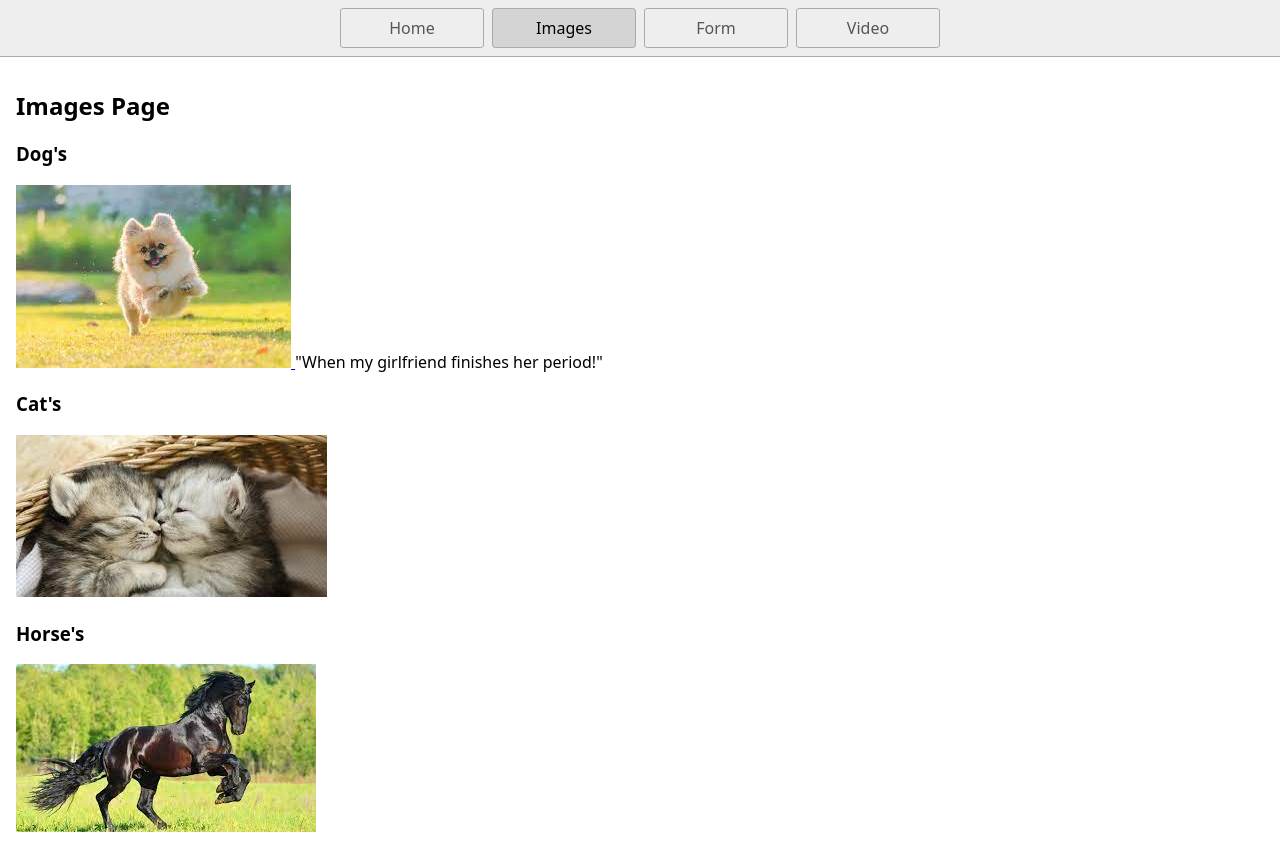
Repository: sebas6292/palmTree-Final
Page: Images.html
These files come from the project's save history. The page is drawn as it stood at one moment and after the next save; the edit follows.
The browser window is 1280 px wide. The pictures show the whole page.

Above is the page before, as saved 2023-05-26 20:20:51.
Not found: script.js

After the next save:
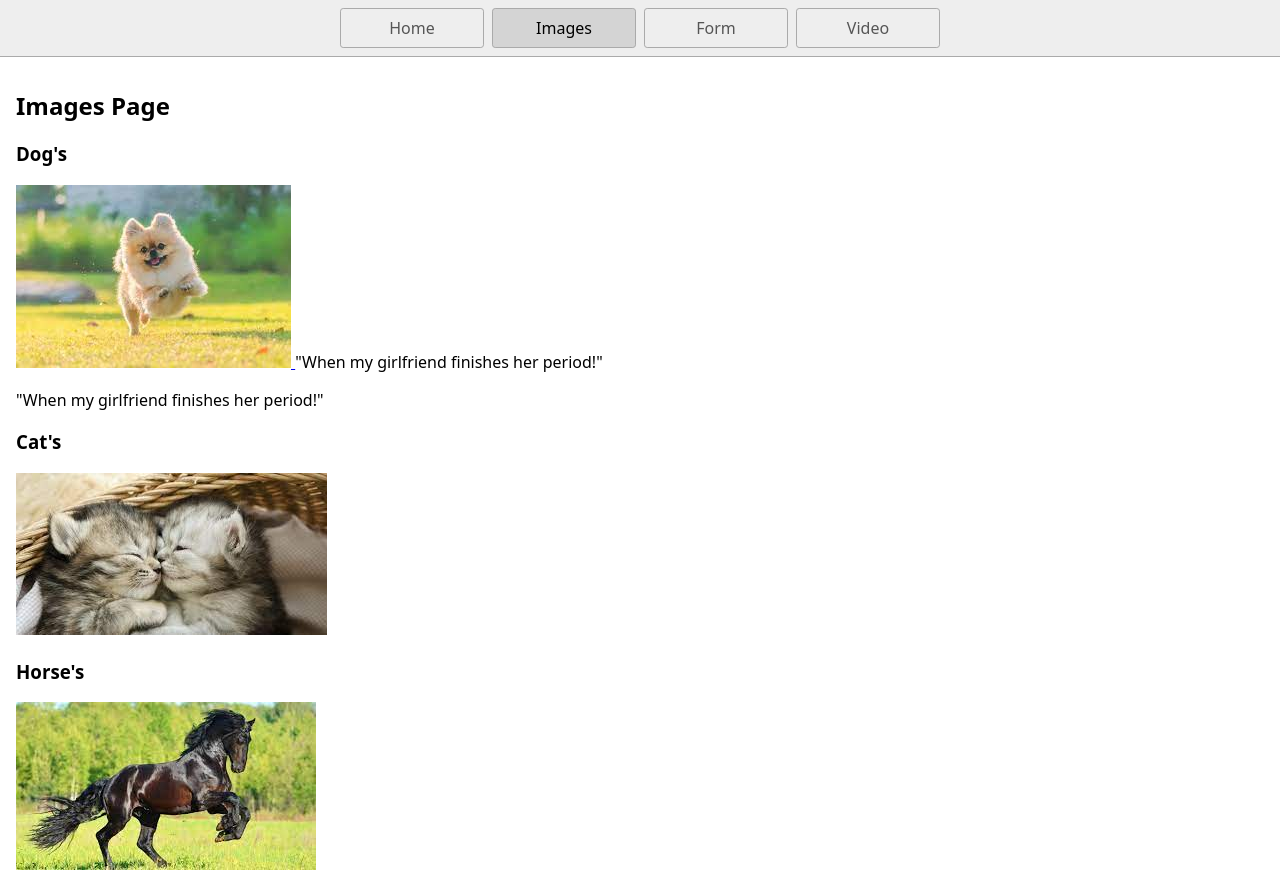
Saved 92 s later.
--- a/Images.html
+++ b/Images.html
@@ -24,6 +24,7 @@
           >
             <p><img src="./Assets/dog.jpeg" />
           </a>"When my girlfriend finishes her period!"</p>
+          <p>"When my girlfriend finishes her period!"</p>
           <h3>Cat's</h3>
           <a
             href="https://www.google.com/search?q=cats&tbm=isch&hl=en&chips=q:cats,g_1:baby:8Umu_V53HiY%3D&sa=X&ved=2ahUKEwjrw57Tt5T_AhXmB0QIHf5BCzgQ4lYoBXoECAEQOQ&biw=1440&bih=652"
